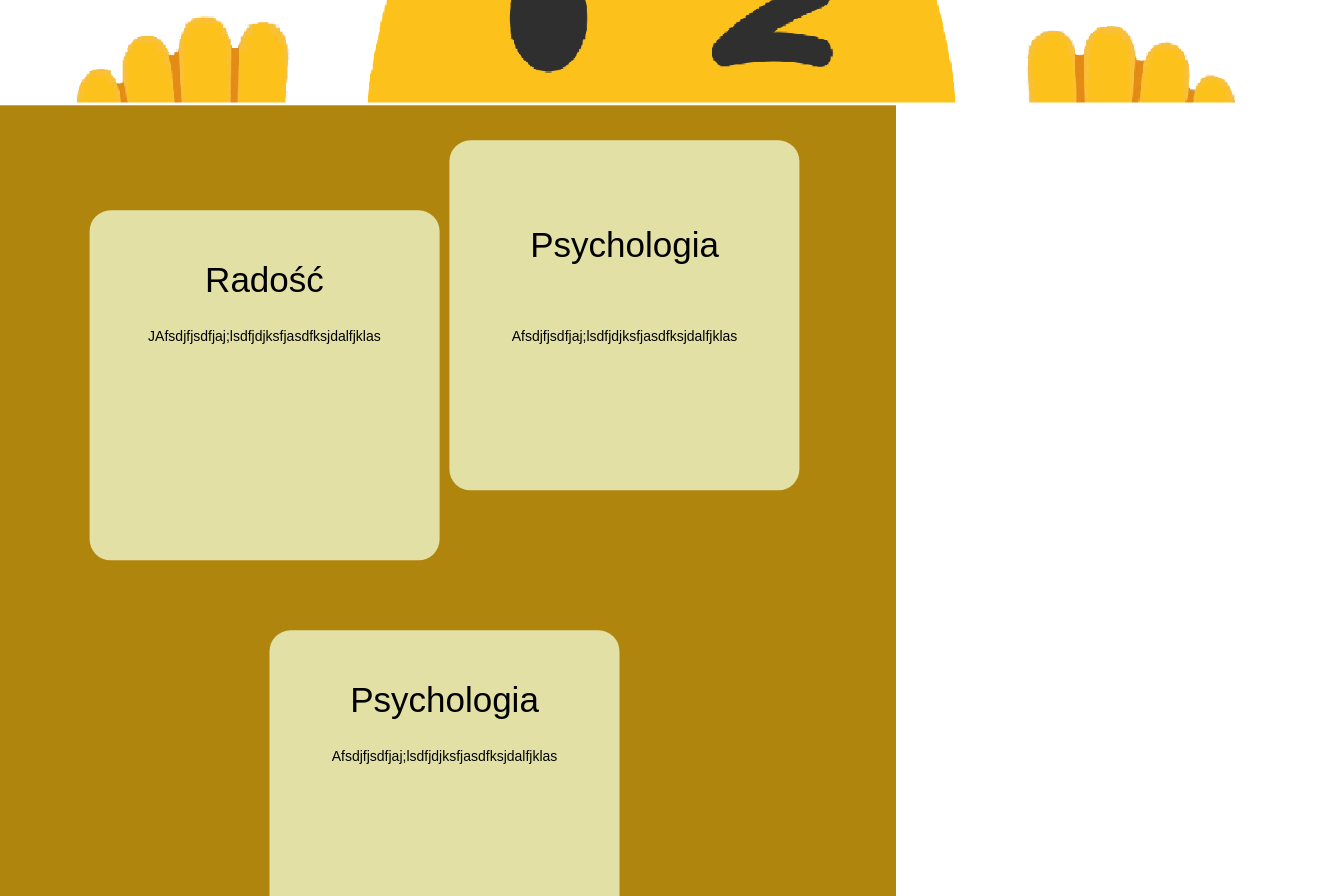
Repository: addstaw/moja-strona
Page: index.html
The author's editor kept a copy of each file at every save. The page is drawn from the files as they stood at one save, then again after the next save.
The browser window is 1280 px wide. The page is 1900 px wide, so the pictures cover 1900 px, including what lies to the right of the window. The pictures show the part of the page from y = 819 to 2099 px (the page is 3269 px tall before and 3219 px after), at 70% of full size.
Some web fonts or font styles are not loaded; a fallback is used.

Above is the page before, as saved 2020-04-22 19:23:40.

After the next save:
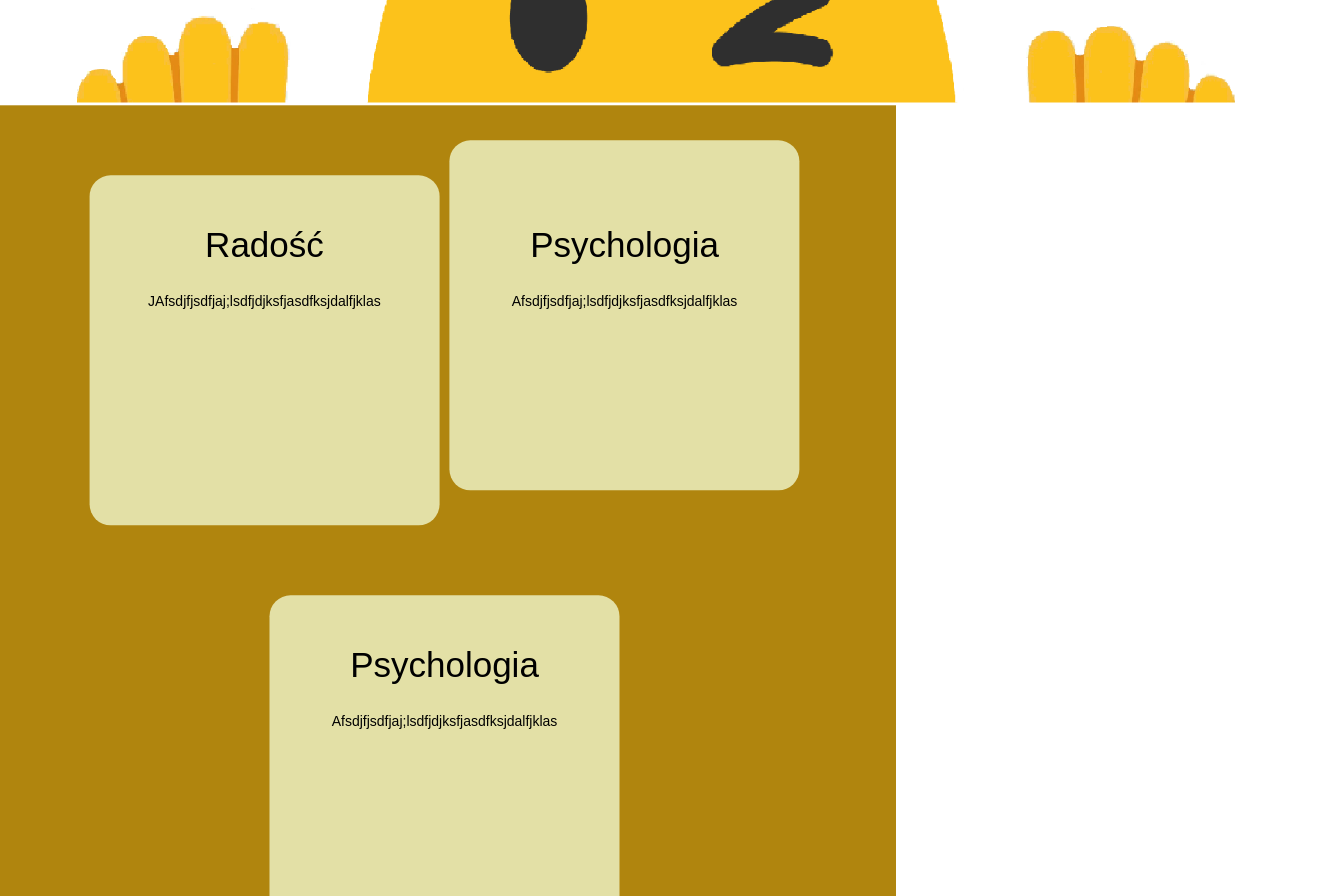
Saved 37 s later.
--- a/css/style.css
+++ b/css/style.css
@@ -31,7 +31,7 @@
         }
             #mainHeaderIntroduce{
 
-                padding: 70px;
+                padding-top: 70px;
             }
         .contentIntroduce{
             font-size: 20px;
